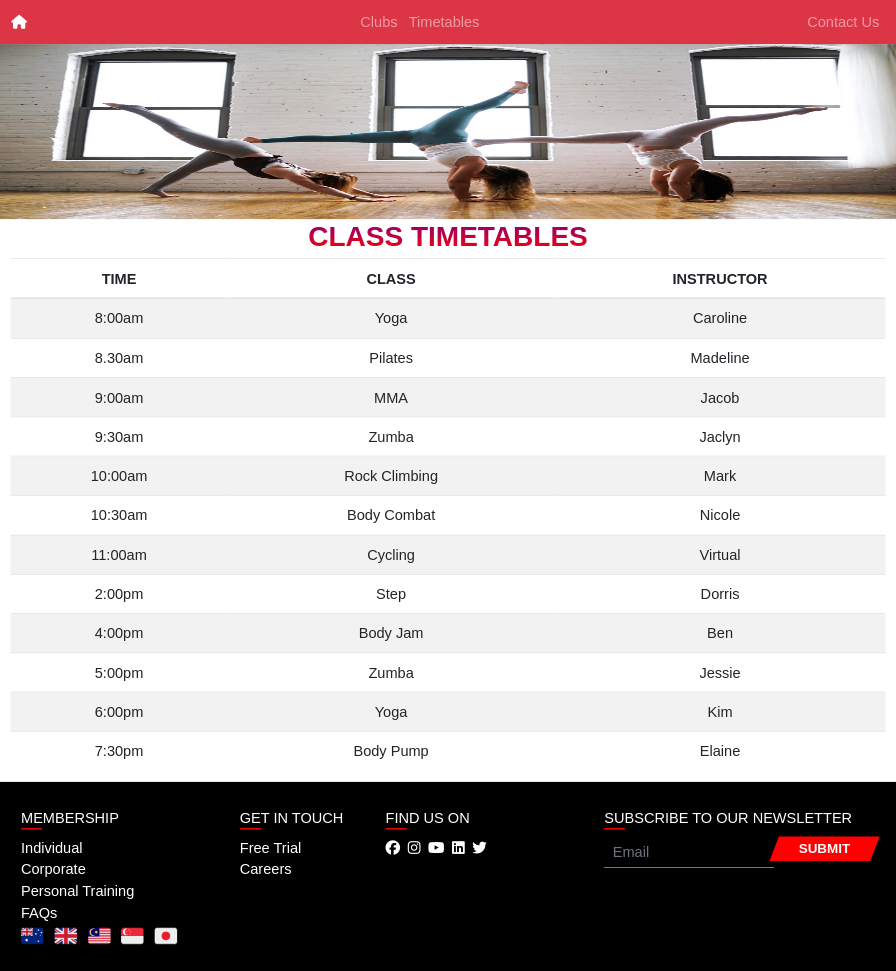
Repository: KJY93/User_Centric_Frontend_Development_Project
Page: timetables.html
The author's editor kept a record of every edit. The page is drawn from the files as they stood at one moment, then again after the next edit.
The browser window is 1280 px wide. The pictures show the whole page, at 70% of full size.
Some web fonts or font styles are not loaded; a fallback is used. Some web libraries are served in a nearby version.

Above is the page before.

### timetables.html
<!DOCTYPE html>
<html lang="en-US">
	<head>
	    <meta charset="UTF-8">
	    <meta name="viewport" content="width=device-width, initial-scale=1.0">
	    <meta http-equiv="X-UA-Compatible" content="ie=edge">
	    <title>Shape Shifters | Our Clubs</title>

		<!-- Google Fonts -->
	    <link href="https://fonts.googleapis.com/css?family=Cute+Font&display=swap" rel="stylesheet">

	    <!-- Logo -->
	    <link rel="icon" href="static/fitness-logo.ico">

	    <!-- Bootstrap CSS -->
	    <link rel="stylesheet" href="https://stackpath.bootstrapcdn.com/bootstrap/4.3.1/css/bootstrap.min.css" integrity="sha384-ggOyR0iXCbMQv3Xipma34MD+dH/1fQ784/j6cY/iJTQUOhcWr7x9JvoRxT2MZw1T" crossorigin="anonymous">

	    <!-- External CSS StyleSheet -->
		<link rel="stylesheet" type="text/css" href="static/styles.css">

		<!-- Bootstrap JS -->
	    <script src="https://code.jquery.com/jquery-3.3.1.slim.min.js" integrity="sha384-q8i/X+965DzO0rT7abK41JStQIAqVgRVzpbzo5smXKp4YfRvH+8abtTE1Pi6jizo" crossorigin="anonymous"></script>
	    <script src="https://cdnjs.cloudflare.com/ajax/libs/popper.js/1.14.7/umd/popper.min.js" integrity="sha384-UO2eT0CpHqdSJQ6hJty5KVphtPhzWj9WO1clHTMGa3JDZwrnQq4sF86dIHNDz0W1" crossorigin="anonymous"></script>
	    <script src="https://stackpath.bootstrapcdn.com/bootstrap/4.3.1/js/bootstrap.min.js" integrity="sha384-JjSmVgyd0p3pXB1rRibZUAYoIIy6OrQ6VrjIEaFf/nJGzIxFDsf4x0xIM+B07jRM" crossorigin="anonymous"></script>

	    <!-- Font Awesome -->
	    <script src="https://kit.fontawesome.com/3df94da5fe.js"></script>
	</head>

	<body>
	    <main>
	        <!-- Navbar -->
			<nav class="navbar navbar-expand-md navbar-dark bg-danger">
			  	<a class="navbar-brand" href="#"><i class="fas fa-home"></i></a>
			  	<button class="navbar-toggler" type="button" data-toggle="collapse" data-target="#navbarNav">
			    <span class="navbar-toggler-icon"></span>
			  	</button>
			  	<div class="collapse navbar-collapse" id="navbarNav">
			    	<ul class="navbar-nav ml-auto">
			      		<li class="nav-item">
			        		<a class="nav-link" href="#">Clubs</a>
			      		</li>
			      		<li class="nav-item">
			        		<a class="nav-link" href="#">Timetables</a>
			      		</li>
			    	</ul>

			    	<ul class="navbar-nav ml-auto">
			      		<li class="nav-item">
			        		<a class="nav-link" href="#">Contact Us</a>
			      		</li>
			    	</ul>
			  	</div>
			</nav>

			<!-- Timetables background -->
			<div id="timetables-header-background"></div>

			<!-- Class Timetables Header-->
			<div>
				<h1 class="club-header"><strong>CLASS TIMETABLES</strong></h1>
			</div>

			<!-- Timetables -->
			<div class="container-fluid">
                <table class="table table-striped">
                    <thead>
                        <tr>
                            <th scope="col">TIME</th>
                            <th scope="col">CLASS</th>
                            <th scope="col">INSTRUCTOR</th>
                        </tr>
                    </thead>
                    <tbody>
                        <tr>
                            <td>8:00am</td>
                            <td>Yoga</td>
                            <td>Caroline</td>
                        </tr>
                        <tr>
                            <td>8.30am</td>
                            <td>Pilates</td>
                            <td>Madeline</td>
                        </tr>
                        <tr>
                            <td>9:00am</td>
                            <td>MMA</td>
                            <td>Jacob</td>
                        </tr>
                        <tr>
                            <td>9:30am</td>
                            <td>Zumba</td>
                            <td>Jaclyn</td>
                        </tr>
                        <tr>
                            <td>10:00am</td>
                            <td>Rock Climbing</td>
                            <td>Mark</td>
                        </tr>
                        <tr>
                            <td>10:30am</td>
                            <td>Body Combat</td>
                            <td>Nicole</td>
                        </tr>
                        <tr>
                            <td>11:00am</td>
                            <td>Cycling</td>
                            <td>Virtual</td>
                        </tr>
                        <tr>
                            <td>2:00pm</td>
                            <td>Step</td>
                            <td>Dorris</td>
                        </tr>
                        <tr>
                            <td>4:00pm</td>
                            <td>Body Jam</td>
                            <td>Ben</td>
                        </tr>
                        <tr>
                            <td>5:00pm</td>
                            <td>Zumba</td>
                            <td>Jessie</td>
                        </tr>
                        <tr>
                            <td>6:00pm</td>
                            <td>Yoga</td>
                            <td>Kim</td>
                        </tr>
                        <tr>
                            <td>7:30pm</td>
                            <td>Body Pump</td>
                            <td>Elaine</td>
                        </tr>
                    </tbody>
                </table>
            </div>

			<!-- Footer -->
			<footer>
				<div class="container-fluid">
					<div class="row">
						<div class="col-sm-12 col-md-3">
							<div>MEMBERSHIP</div>
							<div class="separator"></div>
							<div>Individual</div>
							<div>Corporate</div>
							<div>Personal Training</div>
							<div>FAQs</div>
						</div>

						<div class="col-sm-12 col-md-2">
							<div>GET IN TOUCH</div>
							<div class="separator"></div>
							<div>Free Trial</div>
							<div>Careers</div>
						</div>

						<div class="col-sm-12 col-md-3">
							<div>FIND US ON</div>
							<div class="separator"></div>
							<div>
								<i class="fab fa-facebook social-media-logo"></i>
								<i class="fab fa-instagram social-media-logo"></i>
								<i class="fab fa-youtube social-media-logo"></i>
								<i class="fab fa-linkedin social-media-logo"></i>
								<i class="fab fa-twitter social-media-logo"></i>
							</div>
						</div>

						<div class="col-sm-12 col-md-4">
							<div>SUBSCRIBE TO OUR NEWSLETTER</div>

							<div class="separator"></div>

							<form method="post" action="">
								<div class="input-field-container">
									<div class="form-group">
										<input type="email" class="form-control" placeholder="Email" required>
									</div>

									<div class="each">
										<button type="button" class="submit-btn" value="submit"><span>SUBMIT</span></button>
									</div>
								</div>
							</form>
						</div>

						<div class="col-sm-12">
							<img class="flag-logo" src="static/australia-flag.png" alt="australia flag"/>
							<img class="flag-logo" src="static/uk-flag.png" alt="uk flag"/>
							<img class="flag-logo" src="static/mys-flag.png" alt="malaysia flag"/>
							<img class="flag-logo" src="static/sg-flag.png" alt="singapore flag"/>
							<img class="flag-logo" src="static/jpn-flag.png" alt="japan flag"/>
						</div>

					</div>
				</div>
			</footer>

	    </main>
	</body>
</html>

### static/styles.css
body, html {
	height: 100%;
}

body {
	font-family: 'Cute Font', cursive, sans-serif;
}

input[type="email"] {
  background: transparent;
  border: none;
  border-bottom: 1px solid #a9a9a9;
  box-shadow: none;
  border-radius: 0;
}

.iframe-video-size {
	width: 300px;
	height: 320px;
}

.social-media-logo {
	margin-right: 5px;
}

.separator {
	margin-bottom: 10px;
	height: 2px;
	width: 30px;
	background: rgb(255, 0, 0);
	z-index: 1;
}

.row {
	margin-left: 0;
	margin-right: 0;
}

#advert > h1 {
	color: #ffffff;
}

#signup-link {
	color: #ffffff;
}

input[type="email"] {
 	font-size: 1em;
}

.col-sm-12, .col-md-6, .nav-link, #signup-link {
	font-size: 1.3em;
}

.link-deco:link {
	text-decoration: none;
}

.link-deco:hover {
	font-size:120%;
}

.link-font-color, button > .link-deco:hover {
	color: #ffffff;
}

.box2, .box3 {
	background: rgba(255,117,117,0.1);
}

.button-container, p, .challenge-container, #signup-container, .box3, .box2 {
	text-align: center;
}

#divider {
	width: 100%;
	border: 1px solid black;
}

footer {
	padding-top: 35px;
	padding-bottom: 35px;
	background: rgba(0, 0, 0);
	color: #ffffff;
}

.box1 {
	background:url('../static/background-mobile.jpg');
	background-repeat: no-repeat;
	background-size: 100% 100%;
	height: 400px;
	display: flex;
	align-items: center;
	justify-content: center;
}

/*https://codepen.io/adamjohnson/pen/aokGt*/
/* Skew button design adapted from the above codepen project*/
.submit-btn {
	color: #fff;
	background: #ff0000;
	font-weight: 700;
	text-align: center;
	text-decoration: none;
	border: 0;
	outline: 0;
	font-size: 1.2rem;
	padding: 12px 35px;
	display: inline-block;
	transform: skew(-21deg);
	border-radius: 0;
}

.input-field-container {
	display: flex;
	flex-direction: row;
}

.submit-btn:hover {
	background: #0069a8;
}

span {
	display: inline-block; /* change to inline-block so that the text can be un-skewed*/
}

.submit-btn > span {
	-webkit-transform: skew(21deg);  /* Un-skew the text */
}

.btn-group {
	padding-left: 15px;
}

.flag-logo {
	padding-right: 10px;
}

#club-header-background {
	background:url('../static/bodycombat.jpg');
	background-repeat: no-repeat;
	background-size: 100% 100%;
	height: 200px;
}

.club-header {
	text-align: center;
	background: linear-gradient(to top, #ff0000 , #800080);
	-webkit-background-clip: text;
	-webkit-text-fill-color: transparent;
	font-size: 2.5em;
}

.location {
	display: flex;
	flex-direction: column;
	justify-content: center;
	align-items: center;
	color: #ffffff;
	margin-bottom: 20px;
}

.location:link {
	text-decoration: none;
}

.location:hover {
	opacity: 0.8;
}

.location:hover .location-name, .location:hover .club-info {
	background: linear-gradient(to top, #ff0000 , #ff9800);
	-webkit-background-clip: text;
	-webkit-text-fill-color: transparent;
}

.location-name {
	font-size: 2.3em;
}

.club-info {
	font-size: 1.2em;
	border: 1px solid #ffffff;
	padding-left: 20px;
	padding-right: 20px;
	border-radius: 20px;
}

#location-image-1 {
	background:url('../static/paragon.jpg');
    background-size: 100% 100%;
    background-repeat: no-repeat;
    background-position: center;
	border-radius: 10px;
	height: 250px;
}

#location-image-2 {
	background:url('../static/clarke-quay.jpg');
    background-size: 100% 100%;
    background-repeat: no-repeat;
    background-position: center;
	border-radius: 10px;
	height: 250px;
}

#location-image-3 {
	background:url('../static/tanjongpagar.jpg');
    background-size: 100% 100%;
    background-repeat: no-repeat;
    background-position: center;
	border-radius: 10px;
	height: 250px;
}

#location-image-4 {
	background:url('../static/vivocity.jpg');
    background-size: 100% 100%;
    background-repeat: no-repeat;
    background-position: center;
	border-radius: 10px;
	height: 250px;
}

#location-image-5 {
	background:url('../static/rafflesplace.jpg');
    background-size: 100% 100%;
    background-repeat: no-repeat;
    background-position: center;
	border-radius: 10px;
	height: 250px;
}

#location-image-6 {
	background:url('../static/rafflesmall.jpg');
    background-size: 100% 100%;
    background-repeat: no-repeat;
    background-position: center;
	border-radius: 10px;
	height: 250px;
}

#timetables-header-background {
	background:url('../static/groupyoga.jpg');
	background-repeat: no-repeat;
	background-size: 100% 100%;
	height: 250px;
}

.table {
	text-align: center;
	font-size: 1.3rem;
}

/* for extra small device */
@media (max-width: 400px) {
	.iframe-video-size {
	width: 260px;
	height: 320px;
	}

	#club-header-background {
		height: 160px;
	}

	.club-header {
		font-size: 2.0em;
	}

	.location-name {
		font-size: 2.0em;
	}

	.club-info {
		font-size: 1.0em;
	}
}

/* for medium screen device */
@media (min-width: 768px) and (max-width: 991.98px) {
	.box1 {
		background:url('../static/background.jpg');
		background-repeat: no-repeat;
		height: 550px;
		background-size: 100% 100%;
	}

	.box2 {
		text-align: center;
	}

	.btn-group {
		padding-left: 0;
	}

	.iframe-video-size {
		width: 340px;
		height: 320px;
	}

	#timetables-header-background {
		height: 450px;
	}

	.table {
		font-size: 1.8rem;
	}
}

/* for large screen device */
@media (min-width: 992px) {
	.box1 {
		height: 600px;
	}

	.btn-group {
		padding-left: 0;
	}

	.submit-btn {
		padding: 3px 35px;
	}

	.iframe-video-size {
		width: 470px;
		height: 320px;
	}

	#club-header-background {
		height: 376px;
	}

}

After the next edit:
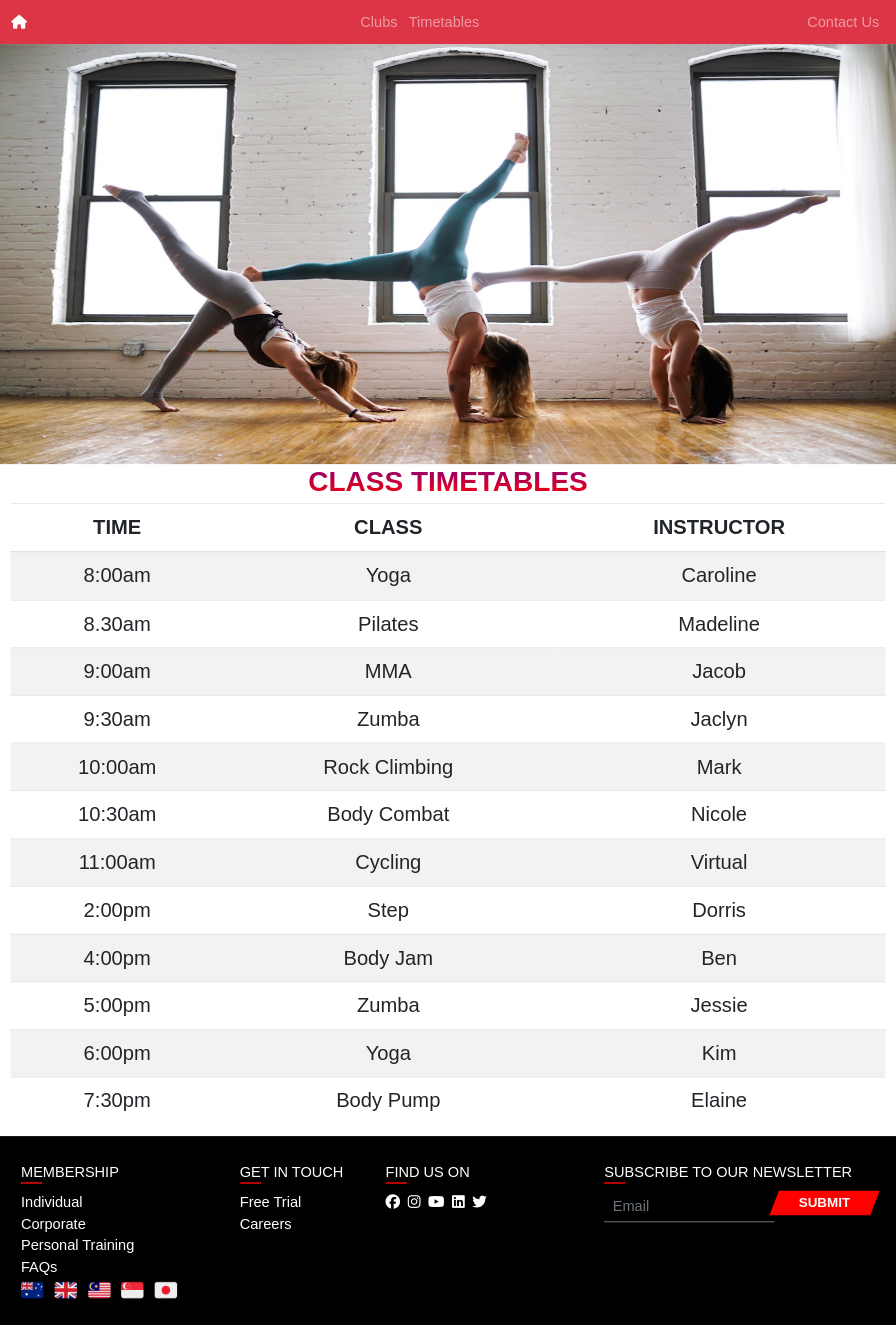
The edit:
--- a/static/styles.css
+++ b/static/styles.css
@@ -330,4 +330,12 @@
 		height: 376px;
 	}
 
-}
+	#timetables-header-background {
+		height: 600px;
+	}
+
+	.table {
+		font-size: 1.8rem;
+	}
+
+}
